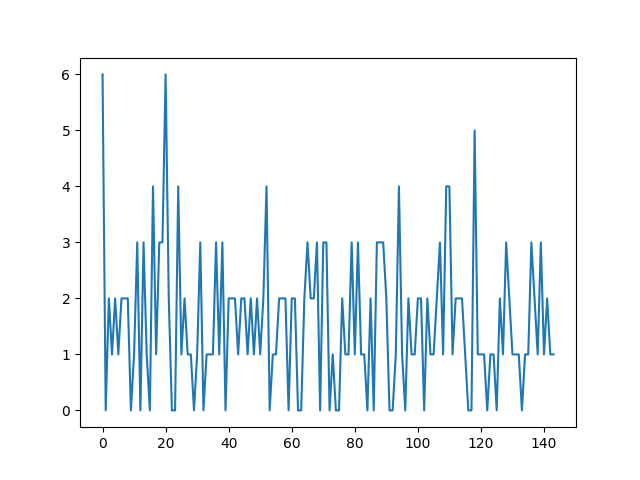
Repository: nelsonalexandrino/python_matplotlib_datavisualization_
Script's output: python LineAndScatterSplots.py
The author's editor kept a copy of each file at every save. The script's output is drawn from the files as they stood at one save, then again after the next save.
Random numbers start from a fixed seed.

Above is the script's output before, as saved 2019-08-25 10:12:09.

### LineAndScatterSplots.py
import matplotlib.pyplot as pyplot

with open('Goals.txt', 'r') as file:
    HomeTeamGoals = [int(x) for x in file.readline().strip(
        '\n').strip(' ').split(' ')]
    AwayTeamGoals = [int(x) for x in file.readline().strip(
        '\n').strip(' ').split(' ')]

xAxis = []
for i in range(len(HomeTeamGoals)):
    xAxis.append(i)

pyplot.plot(xAxis, HomeTeamGoals)
pyplot.show()

### Goals.txt
6 0 2 1 2 1 2 2 2 0 1 3 0 3 1 0 4 1 3 3 6 2 0 0 4 1 2 1 1 0 1 3 0 1 1 1 3 1 3 0 2 2 2 1 2 2 1 2 1 2 1 2 4 0 1 1 2 2 2 0 2 2 0 0 2 3 2 2 3 0 3 3 0 1 0 0 2 1 1 3 1 3 1 1 0 2 0 3 3 3 2 0 0 1 4 1 0 2 1 1 2 2 0 2 1 1 2 3 1 4 4 1 2 2 2 1 0 0 5 1 1 1 0 1 1 0 2 1 3 2 1 1 1 0 1 1 3 2 1 3 1 2 1 1
0 2 1 0 0 1 1 1 2 2 0 1 2 1 0 0 4 2 0 1 0 1 4 0 1 3 0 1 0 2 5 0 0 1 3 2 1 0 3 1 3 0 1 1 1 1 1 2 0 0 2 0 0 0 1 1 2 1 1 0 1 1 1 3 0 1 1 1 3 3 1 0 0 3 2 0 0 3 2 0 0 0 1 0 3 5 2 2 1 1 3 0 1 0 2 2 1 2 2 4 1 1 0 2 1 1 1 1 3 1 0 1 1 1 3 1 2 0 0 1 0 0 1 0 0 1 2 0 1 0 1 1 0 1 2 1 0 1 2 0 1 0 1 2

After the next save:
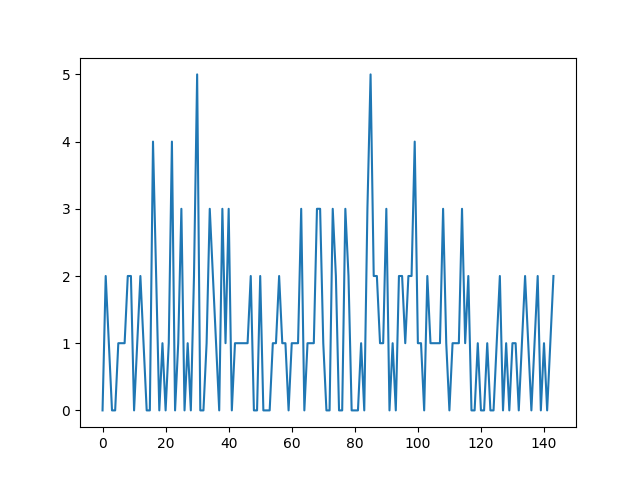
Saved 19 s later.
--- a/LineAndScatterSplots.py
+++ b/LineAndScatterSplots.py
@@ -10,5 +10,5 @@
 for i in range(len(HomeTeamGoals)):
     xAxis.append(i)
 
-pyplot.plot(xAxis, HomeTeamGoals)
+pyplot.plot(xAxis, AwayTeamGoals)
 pyplot.show()

After the save that followed:
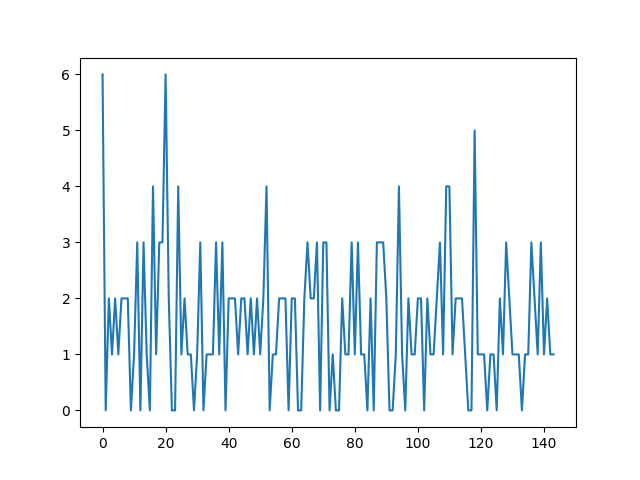
Saved 52 s later.
--- a/LineAndScatterSplots.py
+++ b/LineAndScatterSplots.py
@@ -10,5 +10,5 @@
 for i in range(len(HomeTeamGoals)):
     xAxis.append(i)
 
-pyplot.plot(xAxis, AwayTeamGoals)
+pyplot.plot(xAxis, HomeTeamGoals)
 pyplot.show()
